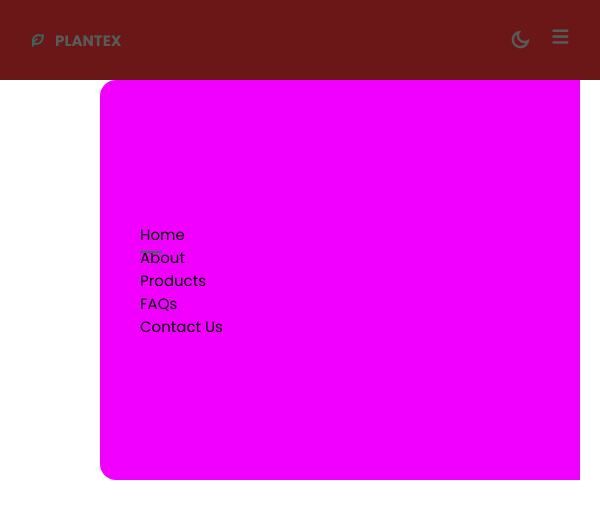
Repository: OmniaRafat232111121/plantwebsite
Page: index.html
These files come from the project's save history. The page is drawn as it stood at one moment and after the next save; the edit follows.
The browser window is 600 px wide. The pictures show the whole page.
After loading, the first visible `#navToggle` was clicked once.

Above is the page before, as saved 2023-01-04 15:41:59.

After the next save:
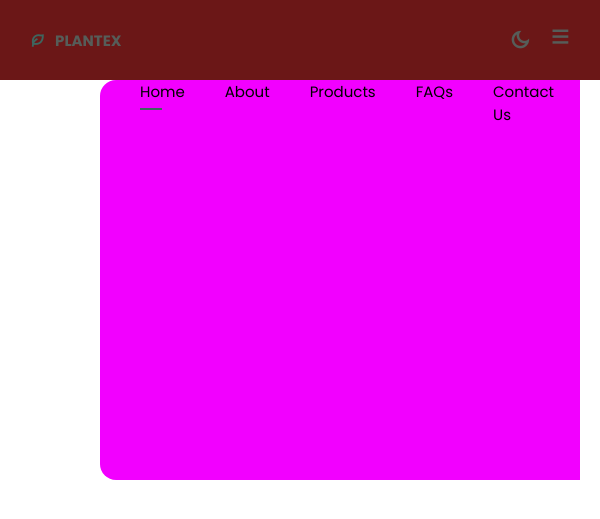
Saved 15 s later.
--- a/assets/css/styles.css
+++ b/assets/css/styles.css
@@ -230,8 +230,7 @@ display: none;
     transition: .3s;
     z-index: 1000;
     display:flex;
-    flex-direction: column;
-  justify-content: center;
+
 
 
 
